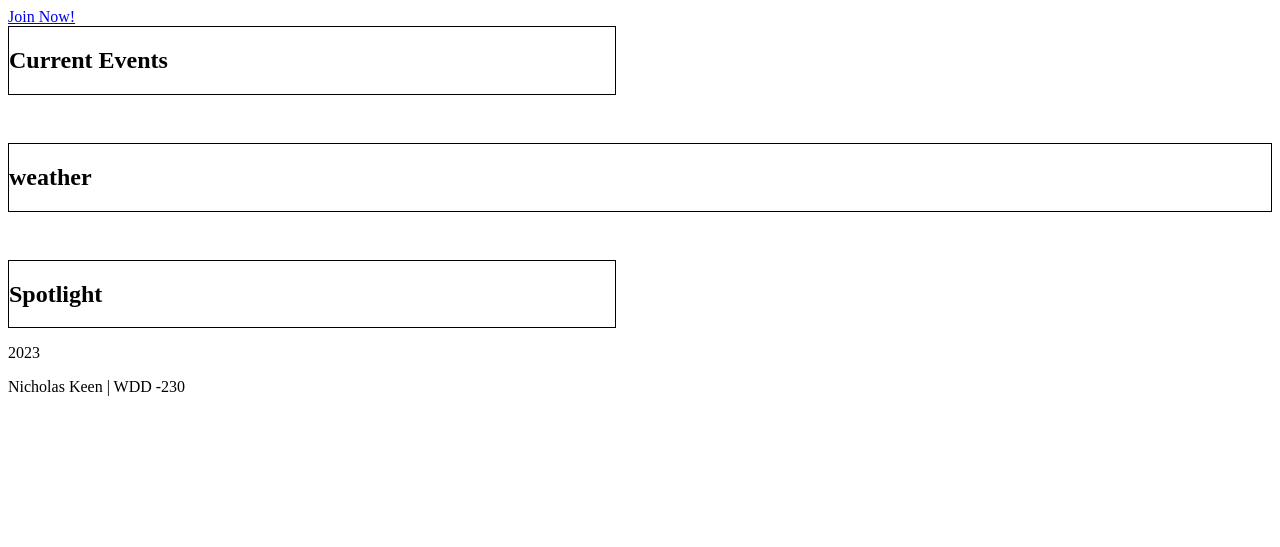
Repository: nak97/WDD230
Page: lesson03/chamber.html
These files come from the project's save history. The page is drawn as it stood at one moment and after the next save; the edit follows.
The browser window is 1280 px wide. The pictures show the whole page.
Some web fonts or font styles are not loaded; a fallback is used.

Above is the page before, as saved 2023-10-07 19:47:33.

### lesson03/chamber.html
<!DOCTYPE html>
<html lang="en">
<head>
  <meta charset="UTF-8">
  <meta name="viewport" content="width=device-width, initial-scale=1.0">
  <meta name="description" content="WDD 230 - Nicholas Keen  - Web Frontend Development chamber-site-plan">
  <meta name="author" content="Nicholas Keen">
  <meta property="og:title" content="facebook"/>
  <meta property="og:type" content="website" />
  <meta property="og:url" content="facebook.com" />
  <meta property="og:image" content="images/facebook-meta-tag-pic.png" />
  <title>Chamber site plan</title>
  <link rel="stylesheet" href="/lesson03/styles/medium.css">
  <link rel="stylesheet" href="/lesson03/styles/large.css">
  <link rel="stylesheet" href="/lesson03/base.css">
  <link rel="preconnect" href="https://fonts.googleapis.com">
  <link rel="preconnect" href="https://fonts.gstatic.com" crossorigin>
  <link href="https://fonts.googleapis.com/css2?family=Gajraj+One&family=Montserrat:wght@700&family=Young+Serif&display=swap" rel="stylesheet">
  <title>Chamber</title>
</head>
<body>
  <header>

  </header>
  <nav class="navigation" >
    <a href="#">Join Now!</a>
  </nav>

  <main>
<!-- <img src="https://imgs.search.brave.com/JFc6OAb8GeWjekpeVgYFRLz9ljMKk6hGTTPaqdilQQg/rs:fit:500:0:0/g:ce/aHR0cHM6Ly90NC5m/dGNkbi5uZXQvanBn/LzAzLzI4LzMzLzIz/LzM2MF9GXzMyODMz/MjM5NV82THd3Z0Rr/eDdqTlU4MVBDYW9k/UUtwVGZENjVUSjJ6/Ry5qcGc" alt=""> -->

<section class="current-events">
<h1>Current Events </h1>

</section>


<section class="weather">
<h1>weather</h1>

</section>




<section class="spotlights">
<h1>Spotlight</h1>

</section>
  </main>

  <footer>
  <p> <i class="fa-sharp fa-light fa-copyright"></i>2023 </p>
  <p> Nicholas Keen |  WDD -230 <br> </p>
  <p id="lastModified"></p>
  </footer>

</body>
</html>

### lesson03/base.css
 /* body{
  background-image: url(https://imgs.search.brave.com/JFc6OAb8GeWjekpeVgYFRLz9ljMKk6hGTTPaqdilQQg/rs:fit:500:0:0/g:ce/aHR0cHM6Ly90NC5m/dGNkbi5uZXQvanBn/LzAzLzI4LzMzLzIz/LzM2MF9GXzMyODMz/MjM5NV82THd3Z0Rr/eDdqTlU4MVBDYW9k/UUtwVGZENjVUSjJ6/Ry5qcGc);
  background-repeat: no-repeat;
}  */


main {
  display: grid;
  grid-template-columns: 1fr 1fr;
  grid-gap: 3rem;
}
section {
  border: 1px solid black;
}

.weather  {
  grid-column: 1/3;
}

.spotlight {
  grid-column: 2;
  grid-row: 1;
}

Loaded but not shown: lesson03/styles/medium.css (no stored copy; drawn as an empty file); lesson03/styles/large.css (no stored copy; drawn as an empty file)

After the next save:
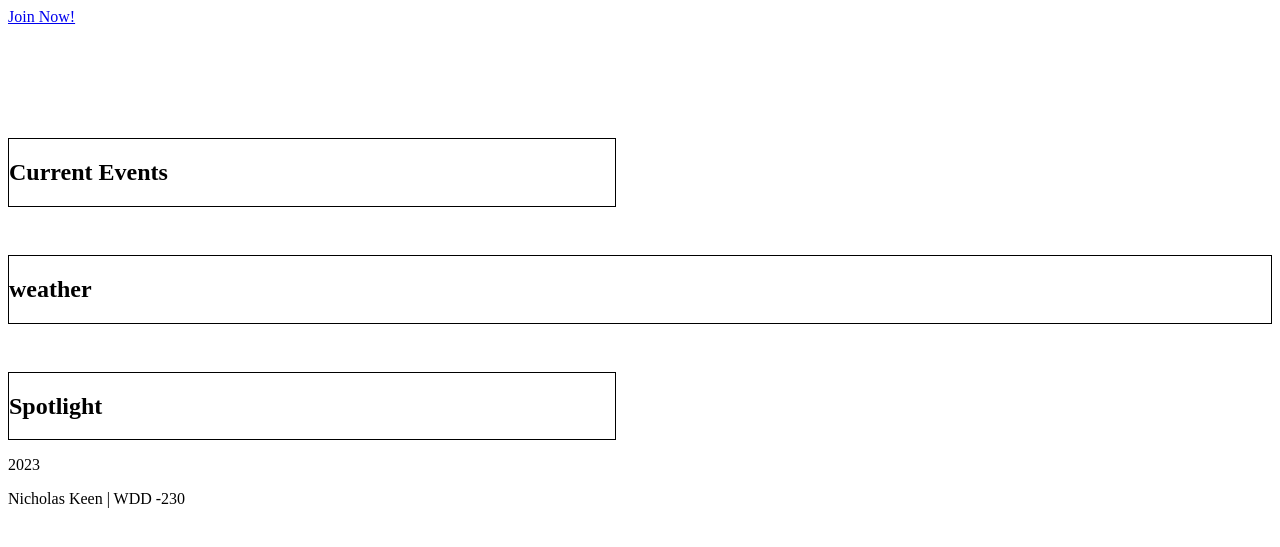
Saved 109 s later.
--- a/lesson03/base.css
+++ b/lesson03/base.css
@@ -8,6 +8,7 @@ main {
   display: grid;
   grid-template-columns: 1fr 1fr;
   grid-gap: 3rem;
+  margin-top: 7rem;
 }
 section {
   border: 1px solid black;
